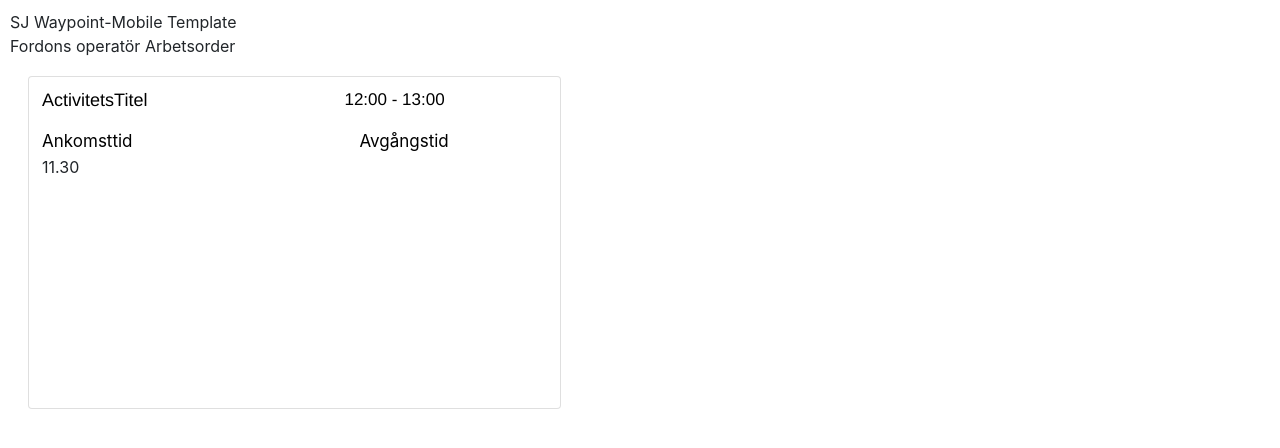
Repository: AdrianaLarsson/yarn-next-typescript
Page: /
These files come from the project's save history. The page is drawn as it stood at one moment and after the next save; the edit follows.
The browser window is 1280 px wide. The pictures show the whole page.
The project was rebuilt for these pictures with package versions that can differ from the ones it lists, and the page was loaded fresh each time. The framework's server and built-in components were replaced by stand-ins that run in the browser.

Above is the page before, as saved 2021-03-01 08:33:02.

After the next save:
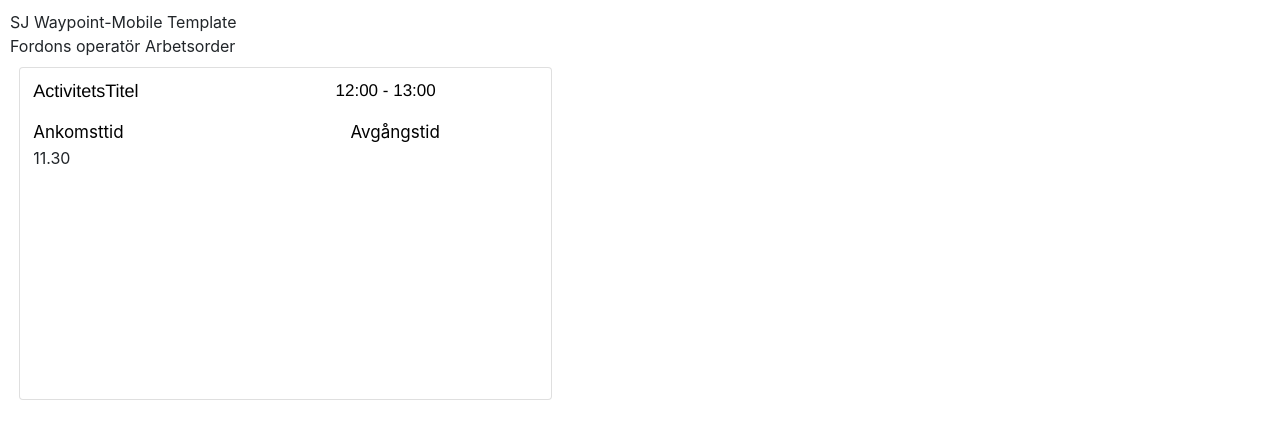
Saved 4 s later.
--- a/components/organisms/Card/Card.tsx
+++ b/components/organisms/Card/Card.tsx
@@ -10,7 +10,7 @@ width: ${px2vw(295, 320)};
 min-height: ${px2vw(200, 320)};
 flex-direction: column;
 padding: ${px2vw(15)};
-margin: ${px2vw(20)};
+margin: ${px2vw(10)};
 background-color: ${props => props.bgColor};
 height: 100%;
 
